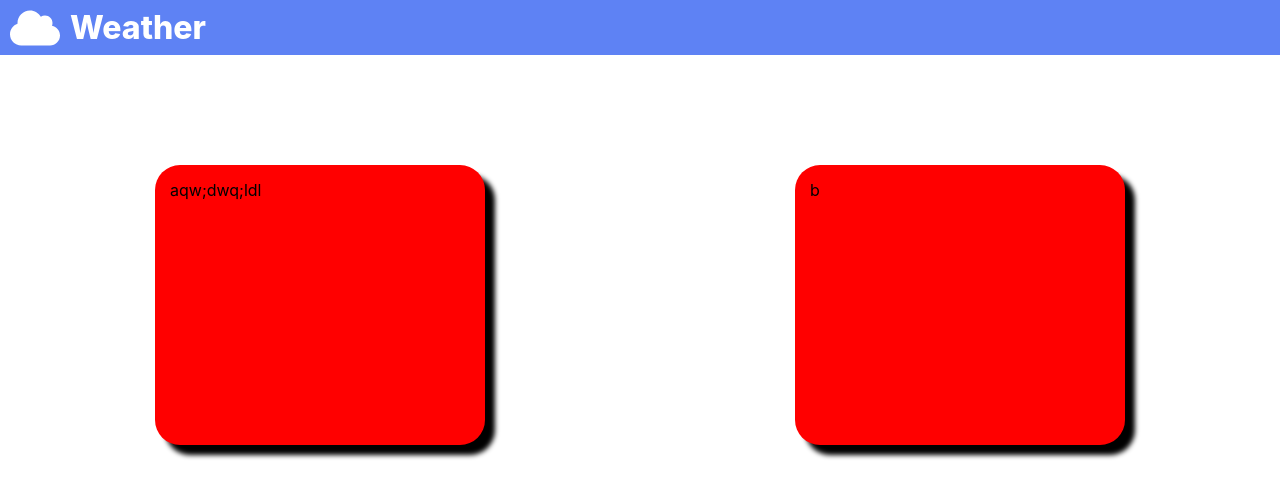
Repository: ahmedazawi/weather-app
Page: /
The author's editor kept a copy of each file at every save. The page is drawn from the files as they stood at one save, then again after the next save.
The browser window is 1280 px wide. The pictures show the whole page.
The project was rebuilt for these pictures with package versions that can differ from the ones it lists, and the page was loaded fresh each time.

Above is the page before, as saved 2022-11-29 21:06:19.

After the next save:
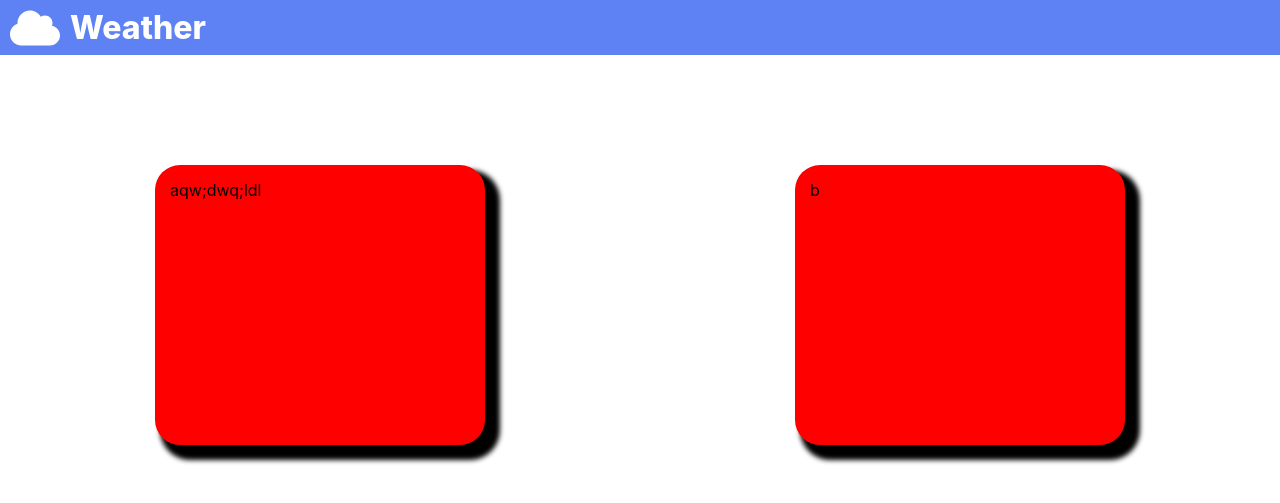
Saved 14 s later.
--- a/src/assets/css/details.css
+++ b/src/assets/css/details.css
@@ -18,5 +18,5 @@
   background-color: red;
   padding: 15px;
   border-radius: var(--borderRadius);
-  box-shadow: 10px 10px 5px black;
+  box-shadow: 10px 10px 5px 5px black;
 }
